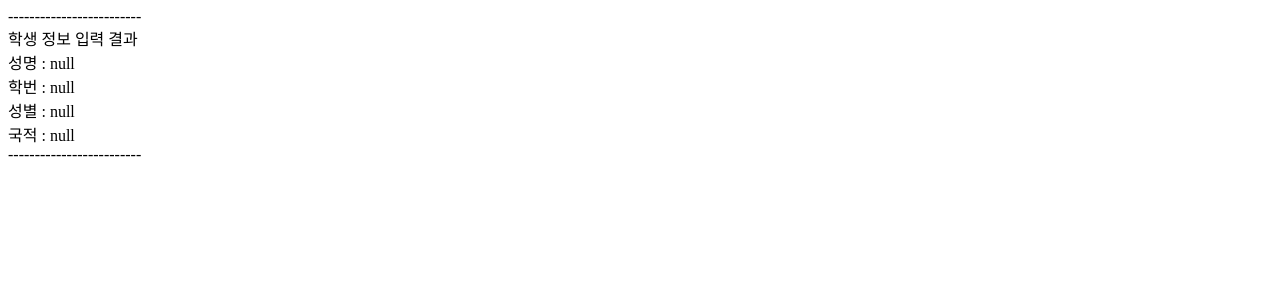
Repository: sunyeongan/Univ_lecture
Page: http://localhost/week10/request2.jsp
An editor plug-in stored every save of this project. The page is shown before and after the next save, followed by the edit.
The browser window is 1280 px wide. The pictures show the whole page.
The page is served by Tomcat 9.

Above is the page before, as saved 2022-05-03 02:44:03.

### WebSever_2022/work/week10/week10/src/main/webapp/request2.jsp
<%@ page language="java" contentType="text/html; charset=UTF-8"
    pageEncoding="UTF-8"%>
<%



	request.setCharacterEncoding("euc-kr");

	String admin = "나관리 ";
	String npw = request.getParameter("pw");
	String n_name = request.getParameter("name");
	String n_stdNum = request.getParameter("studentNum");
	String nsex = request.getParameter("sex");
	String ncountry = request.getParameter("country");


	out.println("-------------------------" + "<br>");

	out.println("학생 정보 입력 결과" + "<br>");
	out.println("성명 : " + n_name + "<br>");
	out.println("학번 : " + n_stdNum + "<br>");

	out.println("성별 : " + nsex + "<br>");
	out.println("국적 : " + ncountry + "<br>");
	out.println("-------------------------" + "<br>");
%>

After the next save:
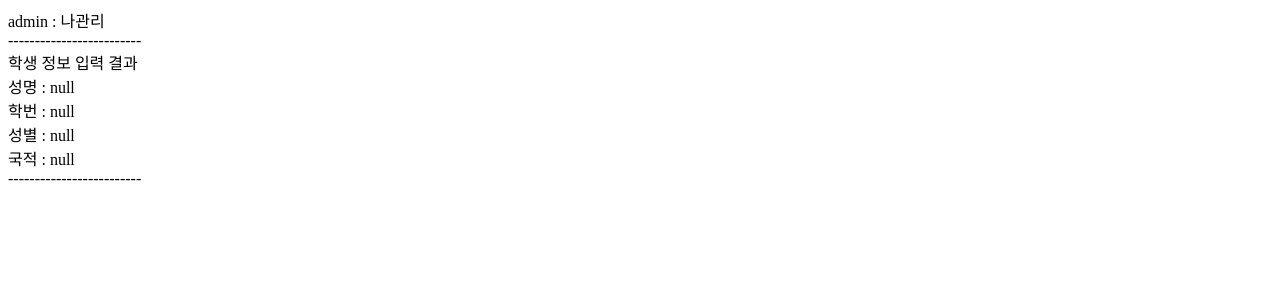
Saved 24 s later.
--- a/WebSever_2022/work/week10/week10/src/main/webapp/request2.jsp
+++ b/WebSever_2022/work/week10/week10/src/main/webapp/request2.jsp
@@ -13,7 +13,7 @@
 	String nsex = request.getParameter("sex");
 	String ncountry = request.getParameter("country");
 
-
+	out.println("admin : " + admin + "<br>");
 	out.println("-------------------------" + "<br>");
 
 	out.println("학생 정보 입력 결과" + "<br>");
